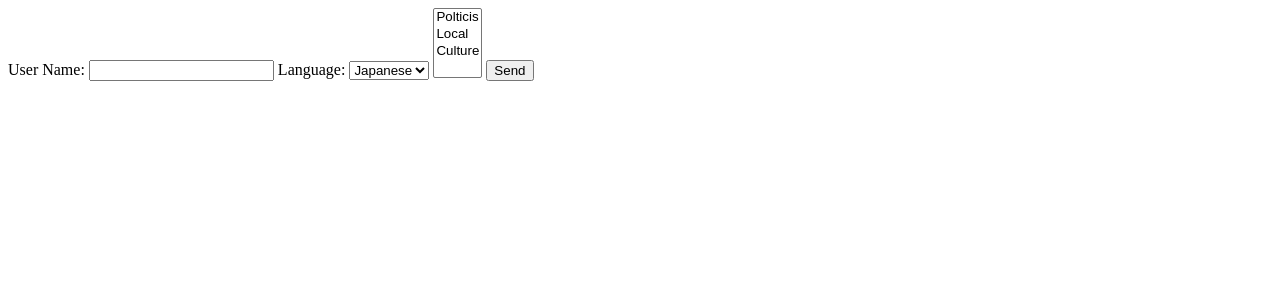
Repository: jayjaganathan/mysolutions
Page: http://localhost/QA_Pro/
An editor plug-in stored every save of this project. The page is shown before and after the next save, followed by the edit.
The browser window is 1280 px wide. The pictures show the whole page.
The page is served by Tomcat 9.

Above is the page before, as saved 2015-03-16 01:10:58.

After the next save:
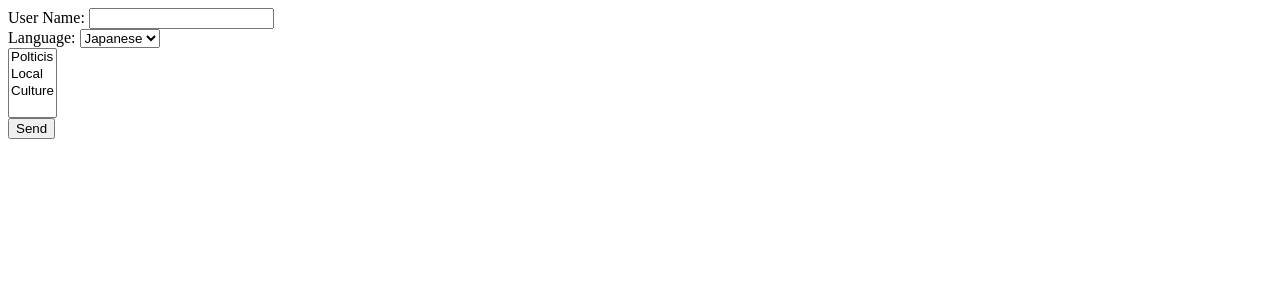
Saved 4 min 10 s later.
--- a/workspace/eclipse/QA_Pro/WebContent/index.jsp
+++ b/workspace/eclipse/QA_Pro/WebContent/index.jsp
@@ -9,17 +9,18 @@
 <body>
     <form method="post" action="RegisterMember">
     	User Name: <input type="text"  name="name"/>
+    	<br/>
     	Language: <select size="1" name="language">
     		<option>Japanese</option>
     		<option>Tamil</option>
     		<option>English</option>
     	</select>
-
+    	 <br/>
     	<select     name="topics" multiple="multiple">
     		<option>Polticis</option>
     		<option>Local</option>
     		<option>Culture</option>
-    	</select>
+    	</select><br/>
     	<input type="Submit" value="Send"></input>
     </form>
 </body>
